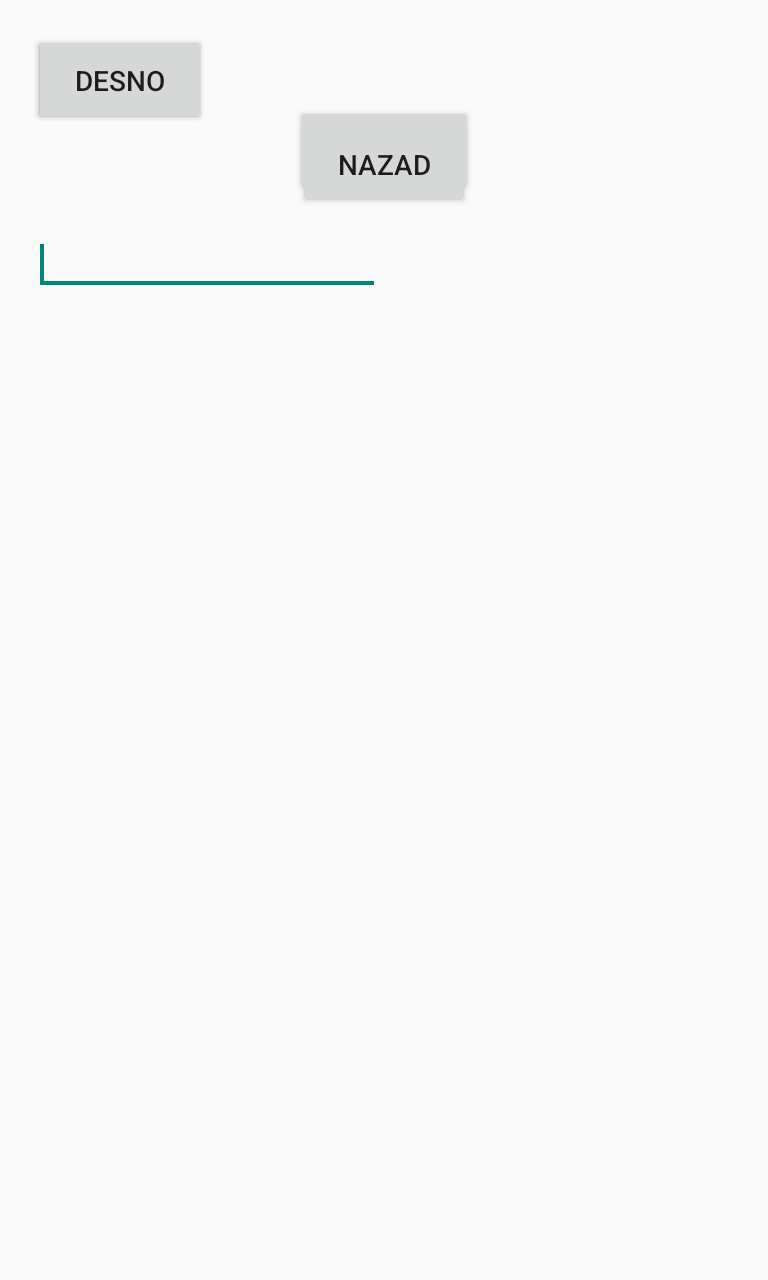
Repository: jmlakar2/Arduino
Layout: mroBot/eclipse/MroBot/res/layout/activity_main.xml
These files come from the project's save history. The layout is drawn as it stood at one moment and after the next save; the edit follows.
It is drawn on a 768 x 1280 px phone screen (xhdpi) without system bars, with theme AppTheme; the app's code is not run.

Above is the layout before, as saved 2015-03-06 20:47:29.

### mroBot/eclipse/MroBot/res/layout/activity_main.xml
<RelativeLayout xmlns:android="http://schemas.android.com/apk/res/android"
    xmlns:tools="http://schemas.android.com/tools"
    android:layout_width="match_parent"
    android:layout_height="match_parent"
    android:paddingBottom="@dimen/activity_vertical_margin"
    android:paddingLeft="@dimen/activity_horizontal_margin"
    android:paddingRight="@dimen/activity_horizontal_margin"
    android:paddingTop="@dimen/activity_vertical_margin"
    tools:context="hr.com.mroBot.MainActivity" >

    <Button
        android:id="@+id/btnNaprijed"
        android:layout_width="wrap_content"
        android:layout_height="wrap_content"
        android:layout_alignParentTop="true"
        android:layout_centerHorizontal="true"
        android:layout_marginTop="35dp"
        android:text="Naprijed" />

    <Button
        android:id="@+id/btnLijevo"
        android:layout_width="wrap_content"
        android:layout_height="wrap_content"
        android:layout_below="@+id/button1"
        android:layout_toLeftOf="@+id/button1"
        android:text="Lijevo" />

    <Button
        android:id="@+id/btnDesno"
        android:layout_width="wrap_content"
        android:layout_height="wrap_content"
        android:layout_alignBaseline="@+id/button2"
        android:layout_alignBottom="@+id/button2"
        android:layout_toRightOf="@+id/button1"
        android:text="Desno" />

    <Button
        android:id="@+id/btnNazad"
        android:layout_width="wrap_content"
        android:layout_height="wrap_content"
        android:layout_below="@+id/button2"
        android:layout_centerHorizontal="true"
        android:layout_marginTop="42dp"
        android:text="Nazad" />

    <EditText
        android:id="@+id/labelUdalj"
        android:layout_width="wrap_content"
        android:layout_height="wrap_content"
        android:layout_alignParentLeft="true"
        android:layout_below="@+id/button4"
        android:layout_marginTop="96dp"
        android:ems="10"
        android:textSize="15dp" >

        <requestFocus />
    </EditText>

</RelativeLayout>

Loaded but not shown: mroBot/eclipse/MroBot/res/values/styles.xml (common file); mroBot/eclipse/MroBot/res/values-v11/styles.xml (common file); mroBot/eclipse/MroBot/res/values-v14/styles.xml (common file); mroBot/eclipse/MroBot/res/values/dimens.xml (common file); mroBot/eclipse/MroBot/res/values-w820dp/dimens.xml (common file)

After the next save:
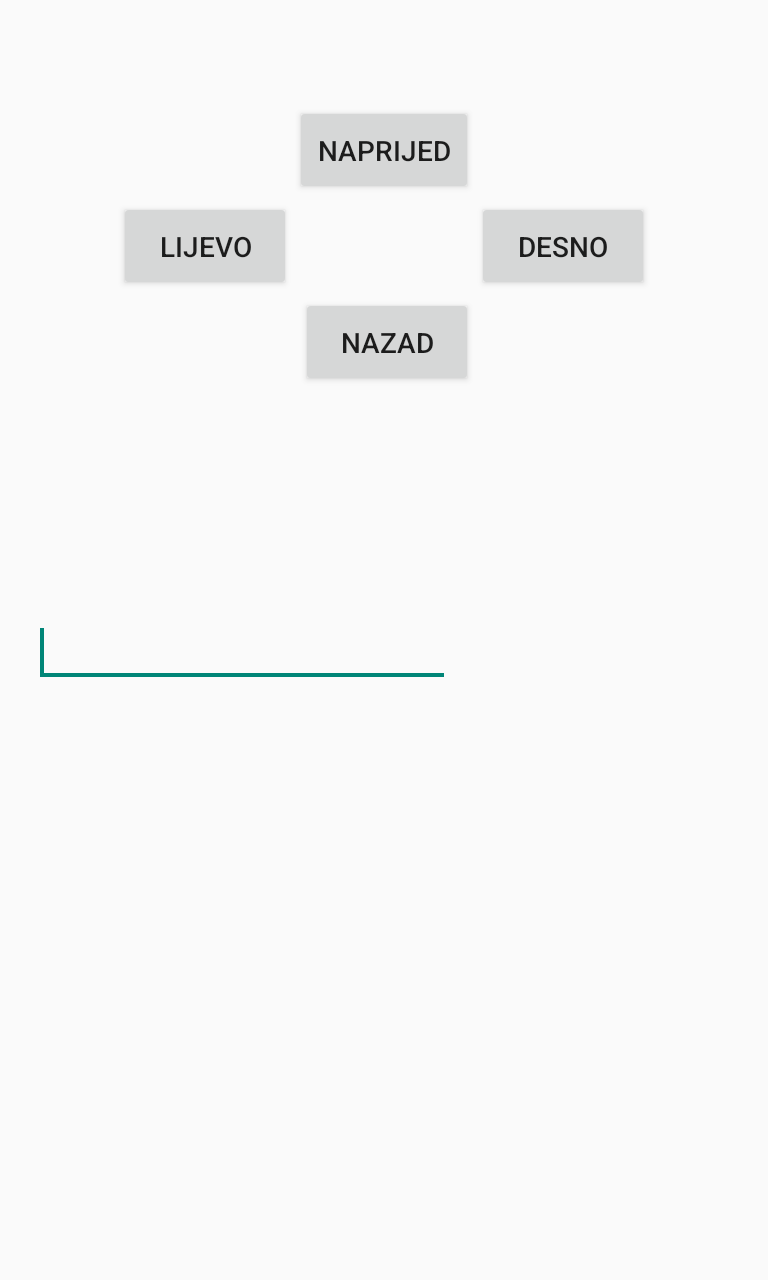
Saved 90 s later.
--- a/mroBot/eclipse/MroBot/res/layout/activity_main.xml
+++ b/mroBot/eclipse/MroBot/res/layout/activity_main.xml
@@ -18,40 +18,38 @@
         android:text="Naprijed" />
 
     <Button
+        android:id="@+id/btnDesno"
+        android:layout_width="wrap_content"
+        android:layout_height="wrap_content"
+        android:layout_below="@+id/btnNaprijed"
+        android:layout_toRightOf="@+id/btnNaprijed"
+        android:text="Desno" />
+
+    <Button
         android:id="@+id/btnLijevo"
         android:layout_width="wrap_content"
         android:layout_height="wrap_content"
-        android:layout_below="@+id/button1"
-        android:layout_toLeftOf="@+id/button1"
+        android:layout_alignBaseline="@+id/btnDesno"
+        android:layout_alignBottom="@+id/btnDesno"
+        android:layout_toLeftOf="@+id/btnNaprijed"
         android:text="Lijevo" />
-
-    <Button
-        android:id="@+id/btnDesno"
-        android:layout_width="wrap_content"
-        android:layout_height="wrap_content"
-        android:layout_alignBaseline="@+id/button2"
-        android:layout_alignBottom="@+id/button2"
-        android:layout_toRightOf="@+id/button1"
-        android:text="Desno" />
 
     <Button
         android:id="@+id/btnNazad"
         android:layout_width="wrap_content"
         android:layout_height="wrap_content"
-        android:layout_below="@+id/button2"
-        android:layout_centerHorizontal="true"
-        android:layout_marginTop="42dp"
+        android:layout_below="@+id/btnDesno"
+        android:layout_toLeftOf="@+id/btnDesno"
         android:text="Nazad" />
 
     <EditText
-        android:id="@+id/labelUdalj"
+        android:id="@+id/editText1"
         android:layout_width="wrap_content"
         android:layout_height="wrap_content"
         android:layout_alignParentLeft="true"
-        android:layout_below="@+id/button4"
-        android:layout_marginTop="96dp"
-        android:ems="10"
-        android:textSize="15dp" >
+        android:layout_below="@+id/btnNazad"
+        android:layout_marginTop="109dp"
+        android:ems="10" >
 
         <requestFocus />
     </EditText>
